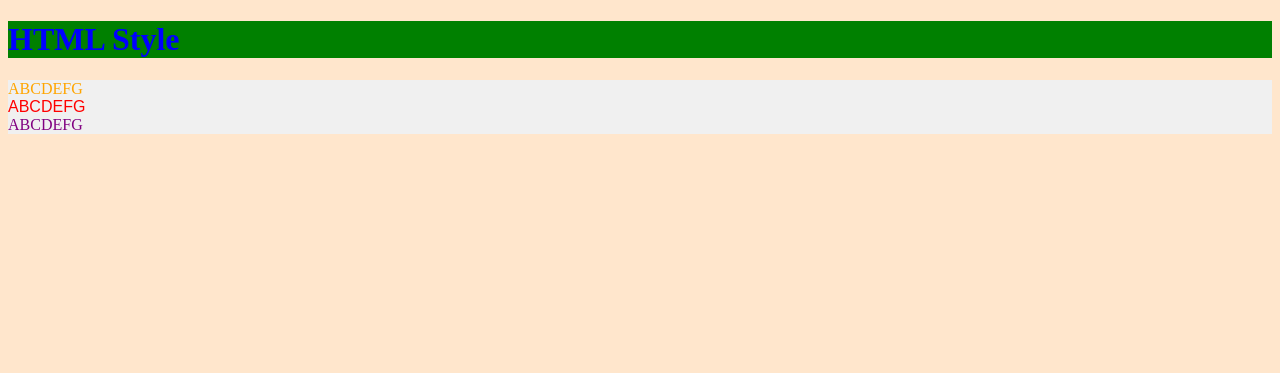
Repository: XenosJM/WEB_CODES
Page: Web01_HTML/src/main/webapp/03_style.html
These files come from the project's save history. The page is drawn as it stood at one moment and after the next save; the edit follows.
The browser window is 1280 px wide. The pictures show the whole page.

Above is the page before, as saved 2024-03-19 03:21:12.

After the next save:
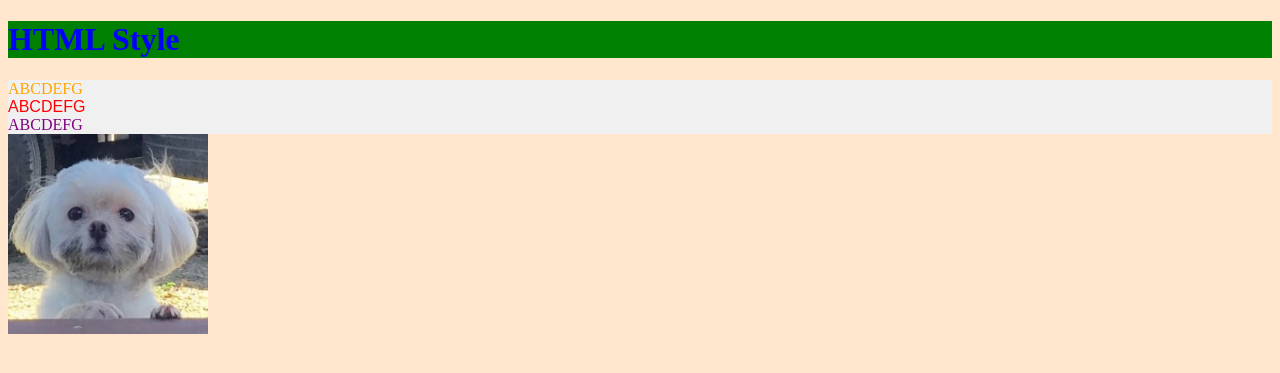
Saved 3 min 46 s later.
--- a/Web01_HTML/src/main/webapp/03_style.html
+++ b/Web01_HTML/src/main/webapp/03_style.html
@@ -15,5 +15,7 @@
 		<div style="color : purple;">ABCDEFG</div>
 	</div>
 
+	<img alt="재롱이" src="images/dog1.jpg"
+	style="width : 200px; height : 200px;">
 </body>
 </html>
